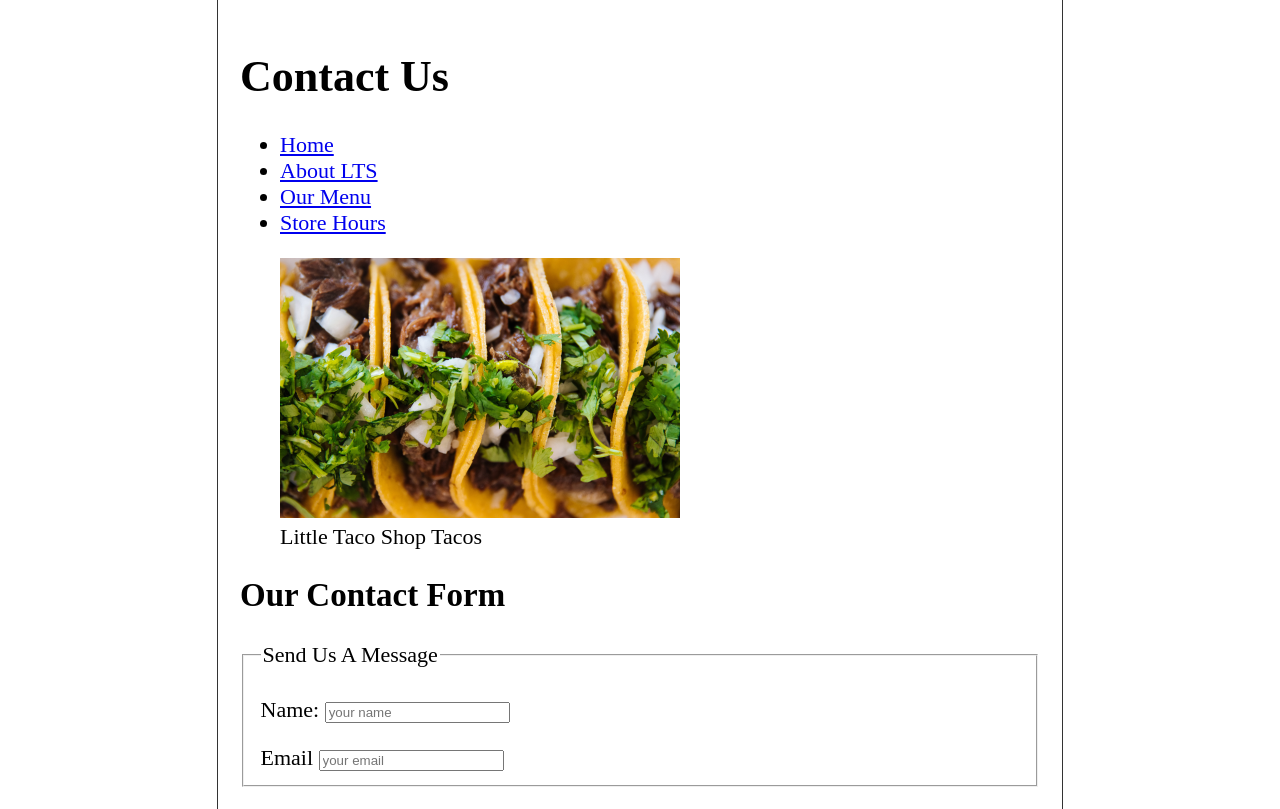
Repository: Israa-Odeh/html-basics-project
Page: contact.html
The author's editor kept a copy of each file at every save. The page is drawn from the files as they stood at one save, then again after a run of saves.
The browser window is 1280 px wide. The pictures show the whole page.

Above is the page before, as saved 2024-08-20 03:05:29.

After the next 4 saves:
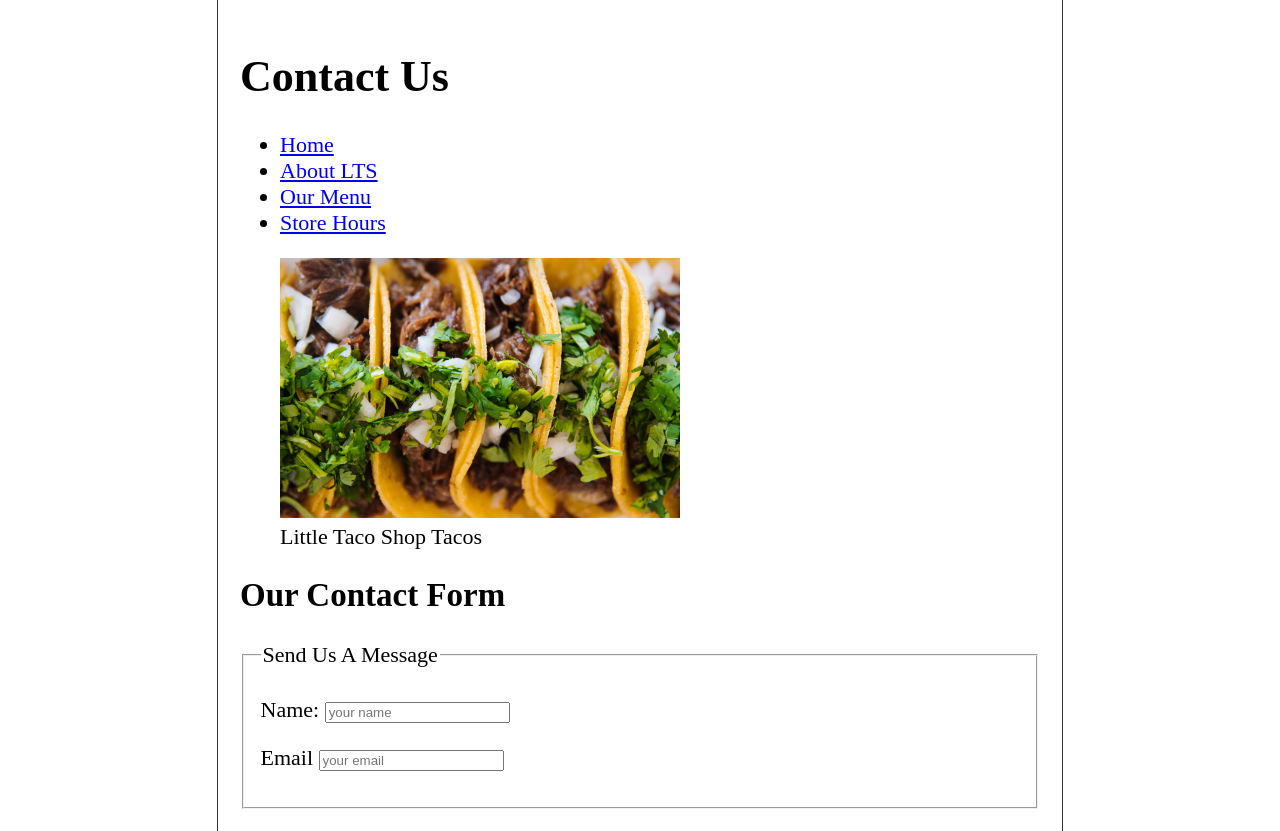
The 4 saves are shown as one change because they came seconds apart.
The last was saved 16 s later.
--- a/contact.html
+++ b/contact.html
@@ -46,9 +46,10 @@
                     <label for="name">Name:</label>
                     <input type="text" id="name" name="name" placeholder="your name" required autocomplete="name">
                 </p>
-
-                <label for="email">Email</label>
-                <input type="email" id="email" name="email" placeholder="your email" required autocomplete="email">
+                <p>
+                    <label for="email">Email</label>
+                    <input type="email" id="email" name="email" placeholder="your email" required autocomplete="email">
+                </p>
             </fieldset>
         </form>
 
